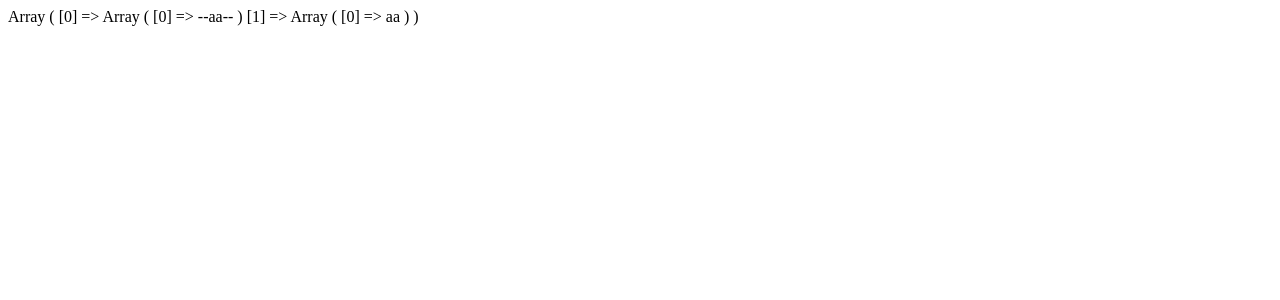
Repository: zhoushouzhan/qiye
Page: http://localhost/admin/c.php
The author's editor kept a copy of each file at every save. The page is drawn from the files as they stood at one save, then again after a run of saves.
The browser window is 1280 px wide. The pictures show the whole page.
The page is run by PHP 8.4 with error messages shown; the project is at /var/www/html/.

Above is the page before, as saved 2022-09-06 11:00:23.

After the next 2 saves:
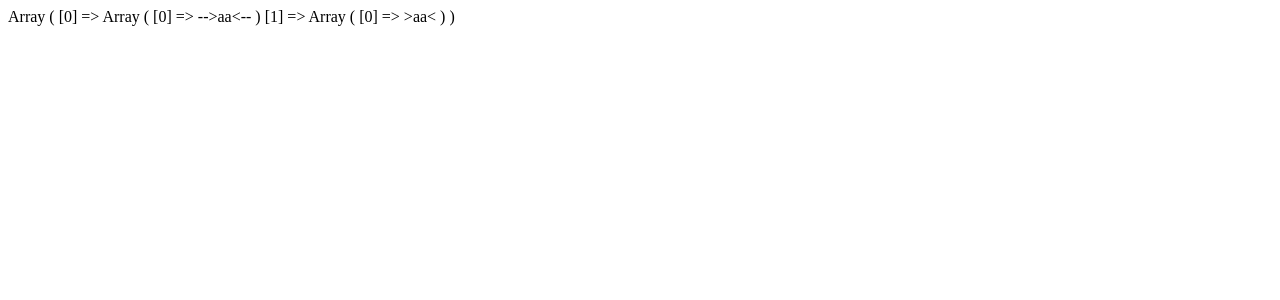
The 2 saves are shown as one change because they came seconds apart.
The last was saved 10 s later.
--- a/public/c.php
+++ b/public/c.php
@@ -2,7 +2,7 @@
 /*
  * @Author: 一品网络技术有限公司
  * @Date: 2022-06-29 19:56:16
- * @LastEditTime: 2022-09-06 10:57:32
+ * @LastEditTime: 2022-09-06 11:00:32
  * @FilePath: \web\public\c.php
  * @Description:
  * 联系QQ:58055648
@@ -13,7 +13,7 @@
 
 
 $str = '<A href="www.bnxf.net" id="001">asadf</a>';
-$str = '--aa--';
+$str = '-->aa<--';
 preg_match_all('/--(.*?)--/i', $str, $res);
 
 print_r($res);
